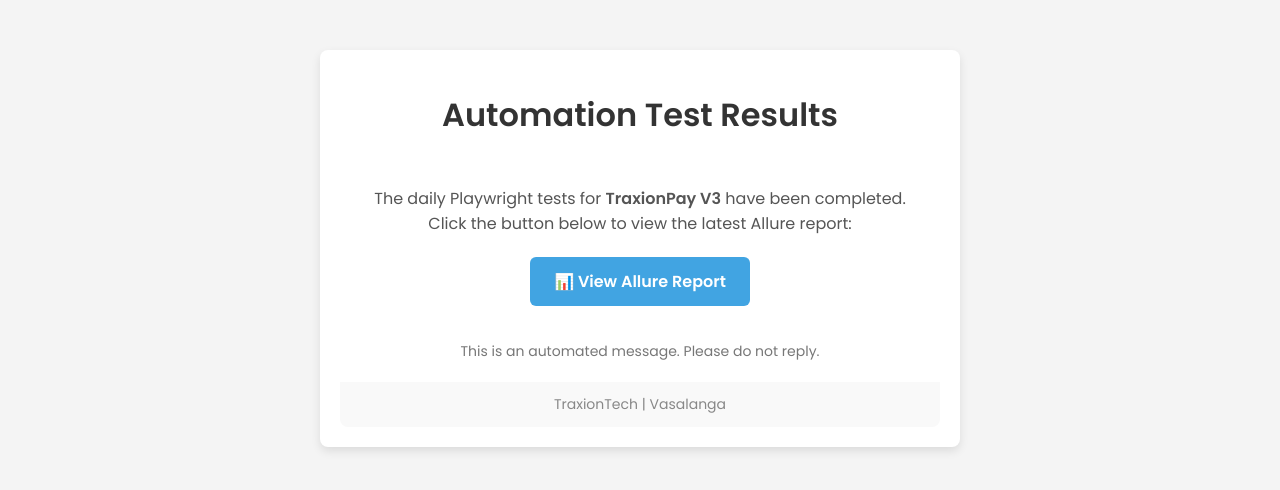
Repository: jmendozaqa24/TraxionPay-V3
Page: template.html
The author's editor kept a copy of each file at every save. The page is drawn from the files as they stood at one save, then again after the next save.
The browser window is 1280 px wide. The pictures show the whole page.

Above is the page before, as saved 2025-02-18 09:45:00.

After the next save:
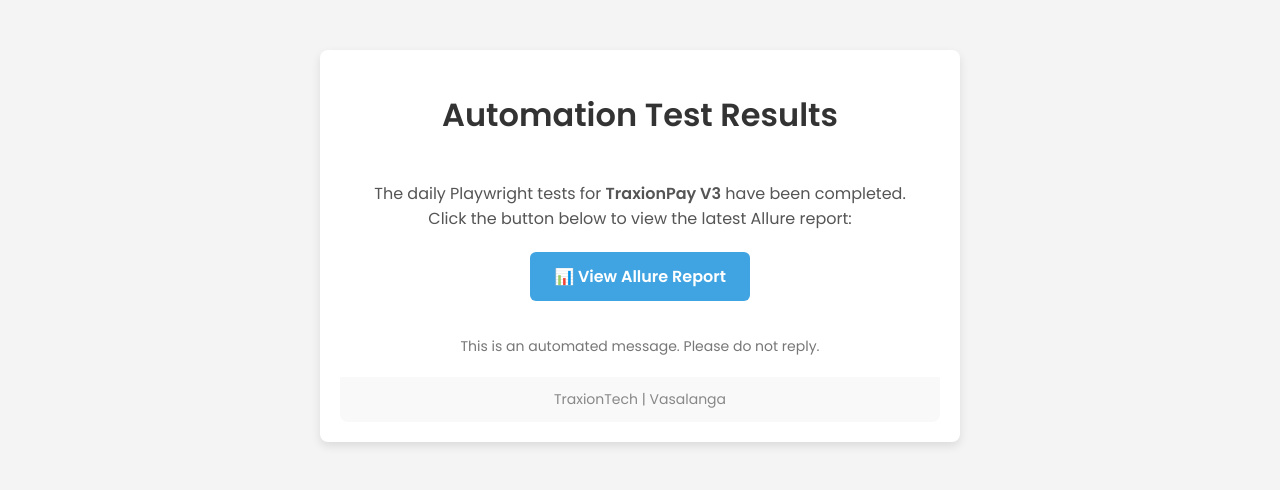
Saved 12 s later.
--- a/template.html
+++ b/template.html
@@ -10,7 +10,7 @@
     <div style="max-width: 600px; margin: 20px auto; background-color: #ffffff; padding: 20px; border-radius: 8px; box-shadow: 0 4px 10px rgba(0, 0, 0, 0.1);">
 
       <div style="text-align: center; display: flex; align-items: center; justify-content: center;">
-          <h1 style="color: #333333; margin: 5; padding-bottom: 10px; display: flex; align-items: center; justify-content: center;">  Automation Test Results
+          <h1 style="color: #333333; margin: 5; padding-bottom: 5px; display: flex; align-items: center; justify-content: center;">  Automation Test Results
           </h1>
       </div>
 
